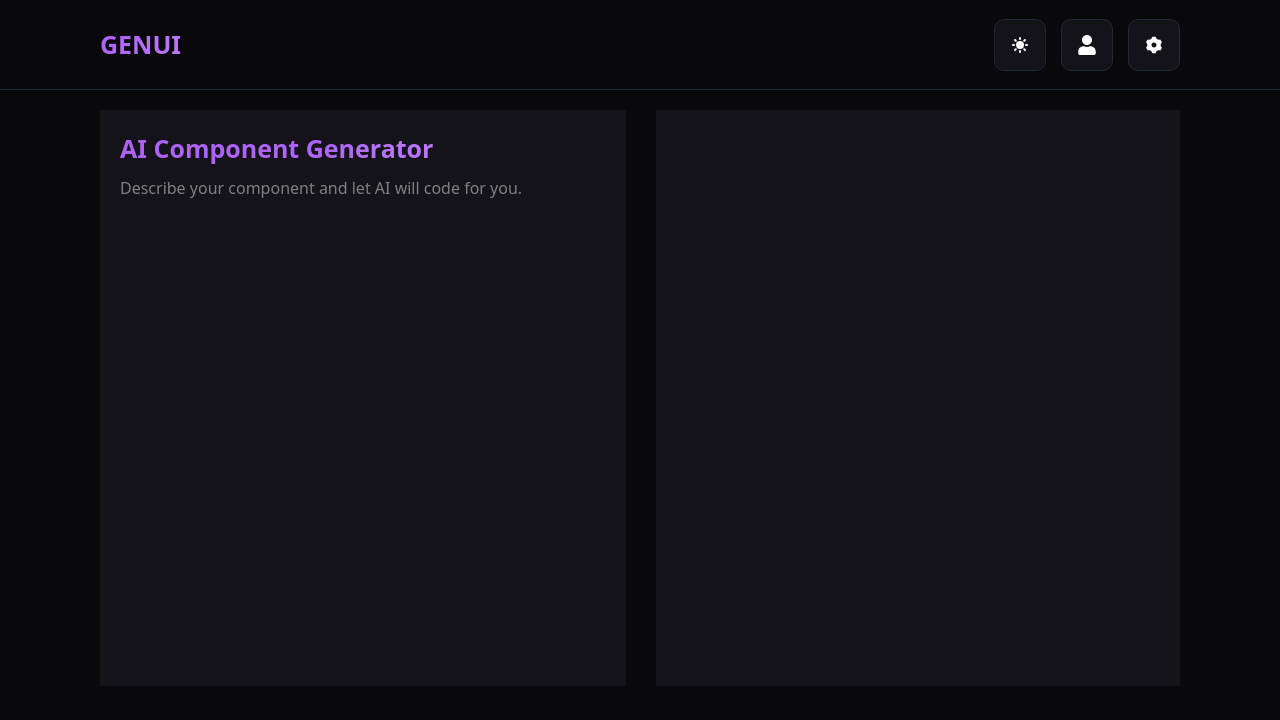
Repository: Snigdha-Gungun/AI-Component-Generator
Page: /
These files come from the project's save history. The page is drawn as it stood at one moment and after the next save; the edit follows.
The browser window is 1280 px wide. The pictures show the whole page.
The project was rebuilt for these pictures with package versions that can differ from the ones it lists, and the page was loaded fresh each time. Also part of the build but not shown: vite.config.js, src/pages/NoPage.jsx.

Above is the page before, as saved 2026-05-17 18:22:49.

### index.html
<!doctype html>
<html lang="en">
  <head>
    <meta charset="UTF-8" />
    <link rel="icon" type="image/svg+xml" href="/favicon.svg" />
    <meta name="viewport" content="width=device-width, initial-scale=1.0" />
    <title>ai-com-gen</title>
  </head>
  <body>
    <div id="root"></div>
    <script type="module" src="/src/main.jsx"></script>
    <!--AQ.Ab8RN6JvwCF9H0WNWCAu-W9h9ZWkzJuv75UUKzmS1xKhwQ5p_w -->
  </body>
</html>

### src/main.jsx
import { StrictMode } from 'react'
import { createRoot } from 'react-dom/client'
import './index.css'
import App from './App.jsx'
import { ToastContainer } from 'react-toastify';
createRoot(document.getElementById('root')).render(
  <StrictMode>
    <App />
    <ToastContainer />
  </StrictMode>,
)

### src/App.jsx
import React from 'react'
import "./App.css"
import { BrowserRouter, Routes, Route } from 'react-router-dom'
import Home from './pages/Home'        // ← ADD THIS
import NoPage from './pages/NoPage'    // ← ADD THIS

const App = () => {
  return (
    <>
      <BrowserRouter>
        <Routes>
          <Route path="/" element={<Home />} />
          <Route path="*" element={<NoPage />} />
        </Routes>
      </BrowserRouter>
    </>
  )
}

export default App

### src/App.css
*{
  margin :0;
  padding:0;
}

body{
  margin :0;
  padding:0;
  box-sizing: border-box;
  overflow-x: hidden;
  background-color: var(--primary-bg);
  color:#fff;
}

html{
  overflow-y: hidden;
}

:root{
  --primary-bg: #09090B;
  --secondary-bg: #141319;
  --tertiary-bg: #17171C;

}

.sp-text{
   background: conic-gradient(at top, #c084fc, #a855f7);
  -webkit-background-clip: text;
  background-clip: text;
  color: transparent;
}

.icon{
  padding: 15px;
  font-size :20px;
  border-radius: 10px;
  border: 1px solid #1f2937;
  cursor: pointer;
  background-color: var(--secondary-bg);
}

### src/pages/Home.jsx
import React from 'react'
import Navbar from '../components/Navbar';


const Home = () => {
    return(
  <>
    <Navbar/>

    <div className="flex items-center px-[100px] justify-between gap-[30px]">
        <div className="left w-[50%] h-[80vh] bg-[#141319] mt-5 p-[20px]">
        <h3 className='text-[25px] font-semibold sp-text'>AI Component Generator</h3>
        <p className='text-[gray] mt-2 text-[16px]'>Describe your component and let AI will code for you.</p>
        </div>
        <div className="right w-[50%] h-[80vh] bg-[#141319] mt-5"></div>
    </div>
  </>
)
}


export default Home

### src/components/Navbar.jsx
import React from 'react'
import { HiSun } from 'react-icons/hi'
import { FaUser } from "react-icons/fa"
import { RiSettings3Fill  } from "react-icons/ri"

const Navbar = () => {
  return (
    <>
    <div className="nav flex items-center justify-between px-[100px] h-[90px] border-b-[1px] border-gray-800">
        <div className="logo">
            <h3 className='text-[25px] font-[700] sp-text'>GENUI</h3>
        </div>
        <div className= "icons flex items-center gap-[15px]">
             <div className= "icon "><HiSun /></div>
             <div className= "icon "><FaUser /></div>
             <div className= "icon "><RiSettings3Fill /></div>
        </div>
        </div>
    </>
  )
}

export default Navbar

Loaded but not shown: src/index.css (common file); tailwind.config.js (common file)

After the next save:
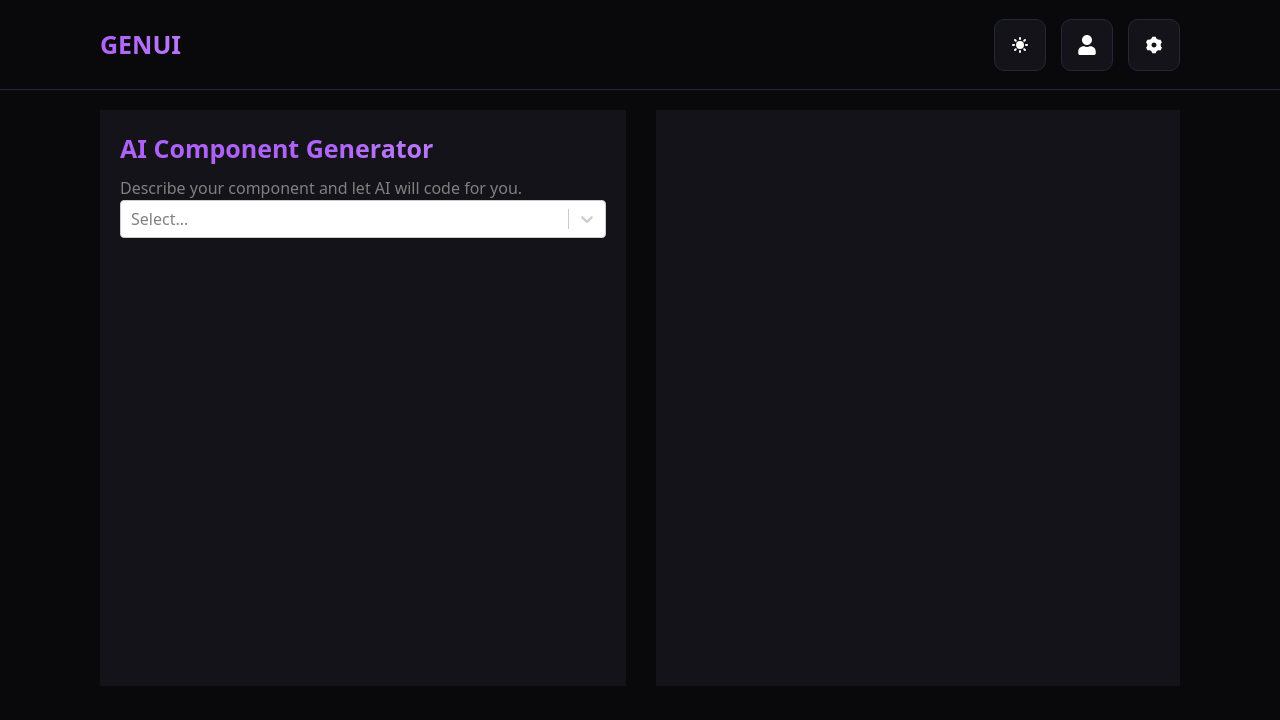
Saved 2 h 17 min later.
--- a/src/pages/Home.jsx
+++ b/src/pages/Home.jsx
@@ -1,8 +1,16 @@
 import React from 'react'
 import Navbar from '../components/Navbar';
+import Select from 'react-select';
+
 
 
 const Home = () => {
+
+    const options = [
+  { value: 'chocolate', label: 'Chocolate' },
+  { value: 'strawberry', label: 'Strawberry' },
+  { value: 'vanilla', label: 'Vanilla' },
+];
     return(
   <>
     <Navbar/>
@@ -11,6 +19,10 @@
         <div className="left w-[50%] h-[80vh] bg-[#141319] mt-5 p-[20px]">
         <h3 className='text-[25px] font-semibold sp-text'>AI Component Generator</h3>
         <p className='text-[gray] mt-2 text-[16px]'>Describe your component and let AI will code for you.</p>
+
+        <Select
+        options={options}
+      />
         </div>
         <div className="right w-[50%] h-[80vh] bg-[#141319] mt-5"></div>
     </div>
